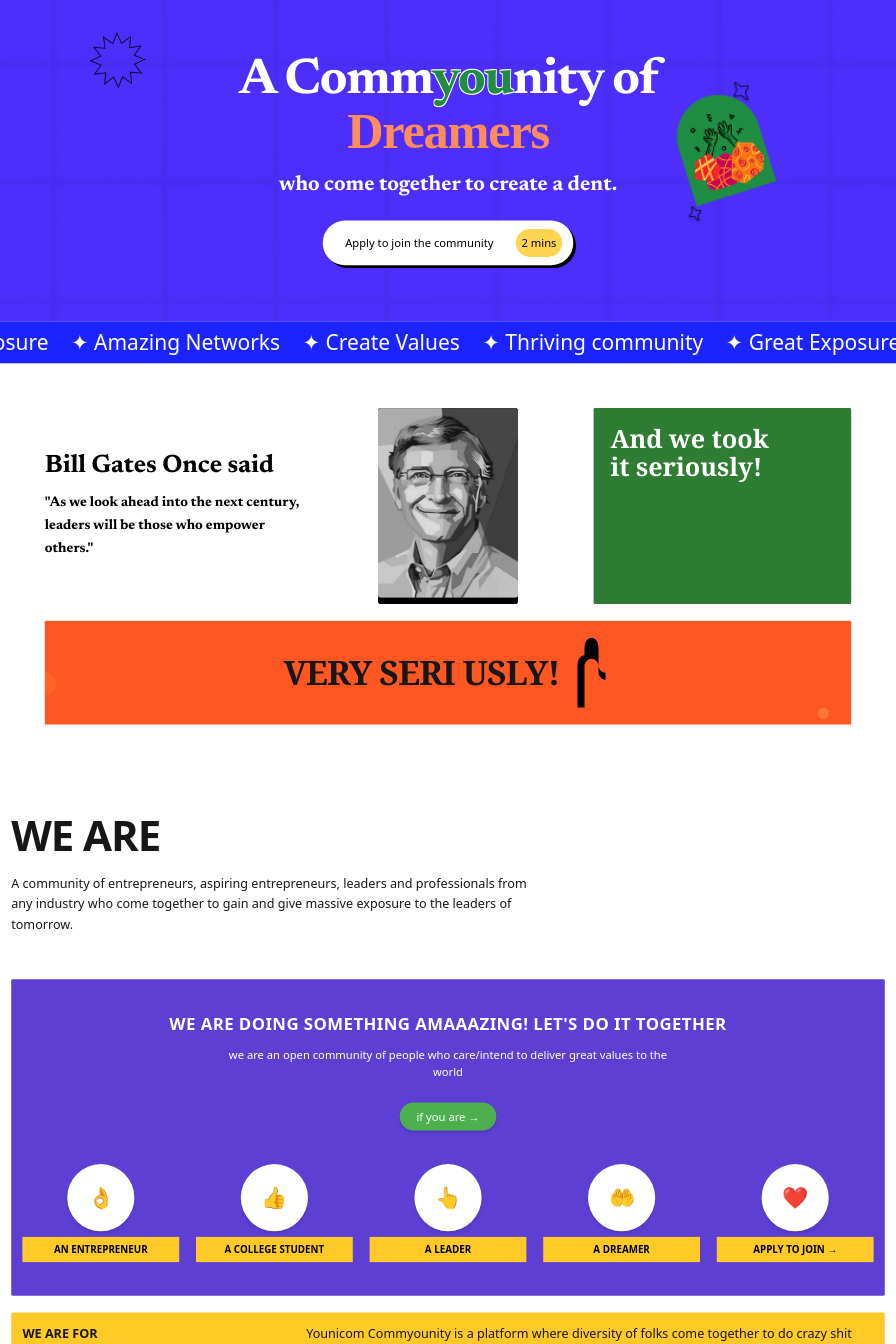
Repository: as-avni/dreamersite
Page: /
The author's editor kept a copy of each file at every save. The page is drawn from the files as they stood at one save, then again after the next save.
The browser window is 1280 px wide. The pictures show the part of the page from y = 0 to 1920 px (the page is 2572 px tall), at 70% of full size.
Some web fonts or font styles are not loaded; a fallback is used. The project was rebuilt for these pictures with package versions that can differ from the ones it lists, and the page was loaded fresh each time. Some packages were replaced by stand-ins written for this rebuild. The framework's server and built-in components were replaced by stand-ins that run in the browser. Also part of the build but not shown: next.config.ts.

Above is the page before, as saved 2025-03-21 04:44:45.

### src/app/page.tsx
import Hero from "@/components/hero"
import MovingBanner from "@/components/banner"
import BillGatesSection from "@/components/bill-gates"
import AmazingSection from "@/components/amazing"
import QuickFormSection from "@/components/form"

export default function Home() {
  return (
    <main className="min-h-screen bg-white font-sans antialiased">
      <Hero />
      <MovingBanner />
      <BillGatesSection />
      <AmazingSection />
      <QuickFormSection />
    </main>
  )
}

### src/app/globals.css
@import url('https://fonts.googleapis.com/css2?family=Anek+Devanagari:wght@100..800&family=Khand:wght@300;400;500;600;700&family=Newsreader:ital,opsz,wght@0,6..72,200..800;1,6..72,200..800&family=Noto+Sans:ital,wght@0,100..900;1,100..900&family=Poppins:ital,wght@0,100;0,200;0,300;0,400;0,500;0,600;0,700;0,800;0,900;1,100;1,200;1,300;1,400;1,500;1,600;1,700;1,800;1,900&family=Rampart+One&display=swap');

@tailwind base;
@tailwind components;
@tailwind utilities;

:root {
  --background: #ffffff;
  --foreground: #171717;
}

@media (prefers-color-scheme: dark) {
  :root {
    --background: #0a0a0a;
    --foreground: #ededed;
  }
}

html,
body {
  max-width: 100vw;
  overflow-x: hidden;
}

body {
  color: var(--foreground);
  background: var(--background);
  font-family: Arial, Helvetica, sans-serif;
  -webkit-font-smoothing: antialiased;
  -moz-osx-font-smoothing: grayscale;
}

* {
  box-sizing: border-box;
  padding: 0;
  margin: 0;
}

a {
  color: inherit;
  text-decoration: none;
}

@media (prefers-color-scheme: dark) {
  html {
    color-scheme: dark;
  }
}

### src/components/hero.tsx
"use client"

import { motion } from "framer-motion"

export default function Hero() {
  return (
    <section className="relative flex flex-col items-center justify-center py-20 px-4 text-white text-center overflow-hidden bg-[url('/images/grid-bg.png')] bg-stretch">

      {/* Rotating Star Image */}
      <motion.img
        src="/images/Star.png"
        alt="Star"
        className="absolute w-20 h-20"
        style={{ top: "10%", left: "10%" }}
        // animate={{ rotate: 360 }}
        // transition={{ repeat: Infinity, duration: 10, ease: "linear" }}
      />

      {/* Static Image in a Div */}
      <div
        className="absolute w-60 h-60 bg-cover bg-center"
        style={{ top: "20%", right: "10%", backgroundImage: "url('/images/image.png')" }}
      ></div>

      <div className="relative max-w-3xl mx-auto w-full">
        <motion.h1
          className="text-5xl md:text-6xl lg:text-7xl font-newsreader font-bold mb-4 tracking-tight"
          initial={{ opacity: 0, y: 20 }}
          animate={{ opacity: 1, y: 0 }}
          transition={{ duration: 0.8 }}
        >
          A Comm<span className="text-[#1F8D42] [text-shadow:-1px_-1px_0_white,1px_-1px_0_white,-1px_1px_0_white,1px_1px_0_white]">you</span>nity of <br />
          <span className="font-rampartone text-[#FF8C5A]">Dreamers</span>
        </motion.h1>

        <motion.p
          className="text-3xl mb-8 font-bold font-newsreader"
          initial={{ opacity: 0, y: 20 }}
          animate={{ opacity: 1, y: 0 }}
          transition={{ duration: 0.8, delay: 0.2 }}
        >
          who come together to create a dent.
        </motion.p>

        <motion.div
          className="inline-flex items-center bg-white rounded-full px-2 py-1 text-black font-medium transition-all hover:bg-gray-50 shadow-[4px_4px_0px_black]"
          initial={{ opacity: 0, y: 20 }}
          animate={{ opacity: 1, y: 0 }}
          transition={{ duration: 0.8, delay: 0.4 }}
          whileHover={{ scale: 1.03 }}
        >
          <button className="bg-white text-black rounded-full px-6 py-4 font-medium transition-all hover:bg-gray-50">
            Apply to join the community
          </button>
          <span className="text-black bg-[#FFD54F] p-2 rounded-full font-medium ml-2 mr-2">2 mins</span>
        </motion.div>
      </div>
    </section>
  )
}

### src/components/banner.tsx
"use client"

import { useRef } from "react"

export default function MovingBanner() {
  const bannerItems = [
    "✦ Thriving community",
    "✦ Great Exposure",
    "✦ Amazing Networks",
    "✦ Create Values",
  ]

  return (
    <div className="bg-[#1B24FF] text-white py-3 overflow-hidden relative">
      <div className="flex whitespace-nowrap mx-auto w-max animate-scrollBanner">
        {/* Duplicate the items to ensure seamless looping */}
        {[...bannerItems,...bannerItems,...bannerItems].map((item, index) => (
          <span key={index} className="mx-4 text-3xl font-medium">
            {item}
          </span>
        ))}
      </div>

      {/* CSS Animation */}
      <style jsx>{`
        @keyframes scrollBanner {
          from {
            transform: translateX(0);
          }
          to {
            transform: translateX(-50%);
          }
        }

        .animate-scrollBanner {
          animation: scrollBanner 20s linear infinite;
        }
      `}</style>
    </div>
  )
}

### src/components/bill-gates.tsx
"use client"

import Image from "next/image"
import { motion } from "framer-motion"

export default function BillGatesSection() {
return (
    <section className=" py-16 px-4 md:px-0 lg:px-0 max-w-6xl mx-auto w-full">
        <div className="grid grid-cols-1 md:grid-cols-3 gap-6 items-center">
            {/* Quote Text Section */}
            <motion.div
                className="col-span-1 flex flex-col justify-center"
                initial={{ opacity: 0, x: -20 }}
                whileInView={{ opacity: 1, x: 0 }}
                transition={{ duration: 0.6 }}
                viewport={{ once: true }}
            >
                <h2 className="px-0 text-4xl font-bold mb-4 text-black font-newsreader">Bill Gates Once said</h2>
                <p className="text-xl leading-relaxed font-bold text-black font-newsreader">
                &quot;As we look ahead into the next century, leaders will be those who empower others.&quot;
                </p>
            </motion.div>

            {/* Bill Gates Image */}
            <motion.div
                className="col-span-1 flex justify-center items-center"
                initial={{ opacity: 0, y: 20 }}
                whileInView={{ opacity: 1, y: 0 }}
                transition={{ duration: 0.6, delay: 0.2 }}
                viewport={{ once: true }}
            >
                <div className="relative w-[200px] h-[280px] bg-black rounded overflow-hidden">
                    <Image
                        src="/images/bill.jpg"
                        width={200}
                        height={200}
                        alt="Bill Gates"
                        className="rounded object-cover"
                    />
                </div>
            </motion.div>

            {/* Green Box Section */}
            <motion.div
                className="h-[280px] col-span-1 bg-[#2E7D32] flex flex-col p-6 text-white rounded-sm"
                initial={{ opacity: 0, x: 20 }}
                whileInView={{ opacity: 1, x: 0 }}
                transition={{ duration: 0.6, delay: 0.4 }}
                viewport={{ once: true }}
            >
                <p className="text-4xl font-serif font-bold">And we took</p>
                <p className="text-4xl font-bold font-serif">it seriously!</p>
            </motion.div>
        </div>

        {/* Orange Section */}
        <motion.div
            className="mt-6 bg-[#FF5722] py-6 px-4 flex items-center justify-center relative overflow-hidden"
            initial={{ opacity: 0, y: 20 }}
            whileInView={{ opacity: 1, y: 0 }}
            transition={{ duration: 0.6, delay: 0.6 }}
            viewport={{ once: true }}
        >
            <h2 className="text-4xl md:text-5xl font-black text-center tracking-tight font-serif">VERY SERI <span>
                </span>USLY!</h2>
            <div className="ml-4">
                <svg width="60" height="100" viewBox="0 0 60 100" fill="none" xmlns="http://www.w3.org/2000/svg">
                    <path
                        d="M30 0C35 0 40 5 40 15V40C40 45 45 50 50 50V60C45 60 40 55 40 50V40C40 35 35 30 30 30C25 30 20 35 20 40V100H10V40C10 30 15 25 20 25V15C20 5 25 0 30 0Z"
                        fill="black"
                    />
                </svg>
            </div>

            {/* Decorative elements */}
            <div className="absolute -left-4 top-1/2 w-8 h-8 bg-orange-400 rounded-full opacity-20"></div>
            <div className="absolute right-8 bottom-2 w-4 h-4 bg-orange-300 rounded-full opacity-30"></div>
        </motion.div>
    </section>
)
}

### src/components/amazing.tsx
"use client"

import { motion } from "framer-motion"

export default function AmazingSection() {
  const containerVariants = {
    hidden: { opacity: 0 },
    visible: {
      opacity: 1,
      transition: {
        staggerChildren: 0.1,
      },
    },
  }

  const itemVariants = {
    hidden: { opacity: 0, y: 20 },
    visible: { opacity: 1, y: 0 },
  }

  return (
    <section className="py-16">
      <div className="container mx-auto px-4">
        <motion.div
          className="mb-16"
          initial={{ opacity: 0, y: 20 }}
          whileInView={{ opacity: 1, y: 0 }}
          transition={{ duration: 0.6 }}
          viewport={{ once: true }}
        >
          <h2 className="text-6xl font-bold mb-6 tracking-tight">WE ARE</h2>
          <p className="text-lg max-w-3xl leading-relaxed">
            A community of entrepreneurs, aspiring entrepreneurs, leaders and professionals from any industry who come
            together to gain and give massive exposure to the leaders of tomorrow.
          </p>
        </motion.div>

        <div className="bg-[#5D3FD3] text-white py-12 px-4 text-center rounded-sm">
          <motion.h2
            className="text-2xl font-bold mb-4 uppercase tracking-wide"
            initial={{ opacity: 0, y: 20 }}
            whileInView={{ opacity: 1, y: 0 }}
            transition={{ duration: 0.6 }}
            viewport={{ once: true }}
          >
            We are doing something amaaazing! Let's do it together
          </motion.h2>

          <motion.p
            className="mb-8 max-w-2xl mx-auto"
            initial={{ opacity: 0, y: 20 }}
            whileInView={{ opacity: 1, y: 0 }}
            transition={{ duration: 0.6, delay: 0.2 }}
            viewport={{ once: true }}
          >
            we are an open community of people who care/intend to deliver great values to the world
          </motion.p>

          <motion.button
            className="bg-[#4CAF50] text-white px-6 py-2 rounded-full mb-12 shadow-md hover:bg-[#3d9c40] transition-all"
            initial={{ opacity: 0, y: 20 }}
            whileInView={{ opacity: 1, y: 0 }}
            transition={{ duration: 0.6, delay: 0.4 }}
            viewport={{ once: true }}
            whileHover={{ scale: 1.05 }}
            whileTap={{ scale: 0.95 }}
          >
            if you are →
          </motion.button>

          <motion.div
            className="grid grid-cols-1 md:grid-cols-5 gap-6"
            variants={containerVariants}
            initial="hidden"
            whileInView="visible"
            viewport={{ once: true }}
          >
            <CategoryCard icon="👌" title="AN ENTREPRENEUR" />
            <CategoryCard icon="👍" title="A COLLEGE STUDENT" />
            <CategoryCard icon="👆" title="A LEADER" />
            <CategoryCard icon="🤲" title="A DREAMER" />

            <motion.div className="flex flex-col items-center" variants={itemVariants}>
              <div className="w-24 h-24 rounded-full bg-white mb-2 flex items-center justify-center shadow-md">
                <span className="text-3xl">❤️</span>
              </div>
              <div className="bg-[#FFCA28] py-2 px-4 text-center w-full text-black font-medium hover:bg-[#FFB300] transition-colors cursor-pointer">
                <p className="font-bold text-sm">APPLY TO JOIN →</p>
              </div>
            </motion.div>
          </motion.div>
        </div>

        <motion.div
          className="mt-6 bg-[#FFCA28] p-4 rounded-sm"
          initial={{ opacity: 0, y: 20 }}
          whileInView={{ opacity: 1, y: 0 }}
          transition={{ duration: 0.6, delay: 0.8 }}
          viewport={{ once: true }}
        >
          <div className="flex flex-col md:flex-row">
            <div className="md:w-1/3 mb-4 md:mb-0">
              <h3 className="font-bold text-lg">WE ARE FOR</h3>
              <p className="italic font-medium">The leaders of tomorrow.</p>
            </div>
            <div className="md:w-2/3">
              <p className="text-lg">
                Younicom Commyounity is a platform where diversity of folks come together to do crazy shit together.
              </p>
            </div>
          </div>
        </motion.div>
      </div>
    </section>
  )
}

function CategoryCard({ icon, title }: { icon: string; title: string }) {
  const itemVariants = {
    hidden: { opacity: 0, y: 20 },
    visible: { opacity: 1, y: 0 },
  }

  return (
    <motion.div className="flex flex-col items-center" variants={itemVariants}>
      <motion.div
        className="w-24 h-24 rounded-full bg-white mb-2 flex items-center justify-center shadow-md"
        whileHover={{ scale: 1.05, boxShadow: "0 10px 25px -5px rgba(0, 0, 0, 0.1)" }}
      >
        <span className="text-3xl">{icon}</span>
      </motion.div>
      <div className="bg-[#FFCA28] py-2 px-4 text-center w-full text-black font-medium">
        <p className="font-bold text-sm">{title}</p>
      </div>
    </motion.div>
  )
}

### src/components/form.tsx
"use client"

import type React from "react"

import { useState } from "react"
import Link from "next/link"
import { motion } from "framer-motion"

export default function QuickFormSection() {
  const [formData, setFormData] = useState({
    firstName: "",
    lastName: "",
    contactNumber: "",
  })

  const [formStep, setFormStep] = useState(0)

  const handleChange = (e: React.ChangeEvent<HTMLInputElement>) => {
    const { name, value } = e.target
    setFormData((prev) => ({ ...prev, [name]: value }))
  }

  const handleSubmit = (e: React.FormEvent) => {
    e.preventDefault()
    setFormStep(1)
    console.log("Form submitted:", formData)
    // Handle form submission logic here
  }

  const containerVariants = {
    hidden: { opacity: 0 },
    visible: {
      opacity: 1,
      transition: {
        staggerChildren: 0.1,
      },
    },
  }

  const itemVariants = {
    hidden: { opacity: 0, y: 10 },
    visible: { opacity: 1, y: 0 },
  }

  return (
    <section className="py-16 px-4 bg-gray-50">
      <div className="container mx-auto max-w-5xl">
        <div className="grid grid-cols-1 md:grid-cols-2 gap-8 shadow-xl rounded-sm overflow-hidden">
          <motion.div
            className="bg-[#FF5722] text-white p-8"
            initial={{ opacity: 0, x: -20 }}
            whileInView={{ opacity: 1, x: 0 }}
            transition={{ duration: 0.6 }}
            viewport={{ once: true }}
          >
            <h2 className="text-2xl font-bold mb-10">Fill a quick form</h2>

            <motion.div
              className="space-y-6"
              variants={containerVariants}
              initial="hidden"
              whileInView="visible"
              viewport={{ once: true }}
            >
              <CheckItem text="Fill a quick form" active={true} />
              <CheckItem text="Mention your work profile" active={formStep >= 1} />
              <CheckItem text="Express yourself" active={formStep >= 1} />
              <CheckItem text="Submit the form" active={formStep >= 1} />
              <CheckItem text="Welcome to the team" active={formStep >= 1} />
            </motion.div>
          </motion.div>

          <motion.div
            className="bg-white p-8"
            initial={{ opacity: 0, x: 20 }}
            whileInView={{ opacity: 1, x: 0 }}
            transition={{ duration: 0.6 }}
            viewport={{ once: true }}
          >
            <h2 className="text-2xl font-bold mb-6 leading-tight">
              The easiest way to work with us is to simply tell us what you do. Yes! that's it.
            </h2>

            {formStep === 0 ? (
              <form onSubmit={handleSubmit} className="mt-8">
                <div className="grid grid-cols-1 md:grid-cols-3 gap-4 mb-4">
                  <div>
                    <label htmlFor="firstName" className="block text-sm font-medium text-gray-700 mb-1">
                      First Name
                    </label>
                    <input
                      type="text"
                      id="firstName"
                      name="firstName"
                      value={formData.firstName}
                      onChange={handleChange}
                      className="w-full p-2 border border-gray-300 rounded focus:ring-2 focus:ring-[#2E7D32] focus:border-transparent outline-none transition-all"
                      required
                    />
                  </div>

                  <div>
                    <label htmlFor="lastName" className="block text-sm font-medium text-gray-700 mb-1">
                      Last Name
                    </label>
                    <input
                      type="text"
                      id="lastName"
                      name="lastName"
                      value={formData.lastName}
                      onChange={handleChange}
                      className="w-full p-2 border border-gray-300 rounded focus:ring-2 focus:ring-[#2E7D32] focus:border-transparent outline-none transition-all"
                      required
                    />
                  </div>

                  <div>
                    <label htmlFor="contactNumber" className="block text-sm font-medium text-gray-700 mb-1">
                      Contact Number
                    </label>
                    <input
                      type="tel"
                      id="contactNumber"
                      name="contactNumber"
                      value={formData.contactNumber}
                      onChange={handleChange}
                      className="w-full p-2 border border-gray-300 rounded focus:ring-2 focus:ring-[#2E7D32] focus:border-transparent outline-none transition-all"
                      required
                    />
                  </div>
                </div>

                <div className="flex justify-end mt-8">
                  <motion.button
                    type="submit"
                    className="bg-[#2E7D32] text-white px-6 py-2 rounded shadow-md"
                    whileHover={{ scale: 1.05, backgroundColor: "#1B5E20" }}
                    whileTap={{ scale: 0.95 }}
                  >
                    NEXT →
                  </motion.button>
                </div>
              </form>
            ) : (
              <motion.div
                className="mt-8 text-center py-8"
                initial={{ opacity: 0 }}
                animate={{ opacity: 1 }}
                transition={{ duration: 0.6 }}
              >
                <h3 className="text-xl font-bold mb-4 text-[#2E7D32]">Thank you for your submission!</h3>
                <p className="mb-6">We'll be in touch with you shortly.</p>
                <button onClick={() => setFormStep(0)} className="text-[#2E7D32] underline">
                  Submit another response
                </button>
              </motion.div>
            )}

            <motion.div
              className="mt-8 bg-[#FFCA28] p-4 text-center rounded-sm"
              initial={{ opacity: 0, y: 20 }}
              whileInView={{ opacity: 1, y: 0 }}
              transition={{ duration: 0.6, delay: 0.4 }}
              viewport={{ once: true }}
              whileHover={{ scale: 1.02 }}
            >
              <Link href="#" className="font-bold text-lg inline-block">
                Let's disrupt it together →
              </Link>
            </motion.div>
          </motion.div>
        </div>
      </div>
    </section>
  )
}

function CheckItem({ text, active = false }: { text: string; active?: boolean }) {
  const itemVariants = {
    hidden: { opacity: 0, x: -10 },
    visible: { opacity: 1, x: 0 },
  }

  return (
    <motion.div className="flex items-center" variants={itemVariants}>
      <div
        className={`w-6 h-6 border border-white flex items-center justify-center mr-3 transition-all ${active ? "bg-white bg-opacity-20" : ""}`}
      >
        <span className="text-white">{active ? "✓" : ""}</span>
      </div>
      <p className={`font-medium transition-all ${active ? "text-white" : "text-white text-opacity-80"}`}>{text}</p>
    </motion.div>
  )
}

### tailwind.config.js
/** @type {import('tailwindcss').Config} */
module.exports = {
  content: [
    "./app/**/*.{js,ts,jsx,tsx,mdx}",
    "./pages/**/*.{js,ts,jsx,tsx,mdx}",
    "./components/**/*.{js,ts,jsx,tsx,mdx}",
    "./src/**/*.{js,ts,jsx,tsx,mdx}",
  ],
  theme: {
    extend: {
      fontFamily: {
        poppins: ['Poppins', 'sans-serif'],
        notosans: ['Noto Sans', 'sans-serif'],
        rampartone: ['Rampart One', 'cursive'],
        newsreader: ['Newsreader', 'serif'],
        pacifico: ['Pacifico', 'cursive'],
      },
    },
  },
  plugins: [],
}

Loaded but not shown: src/app/layout.tsx (common file)

After the next save:
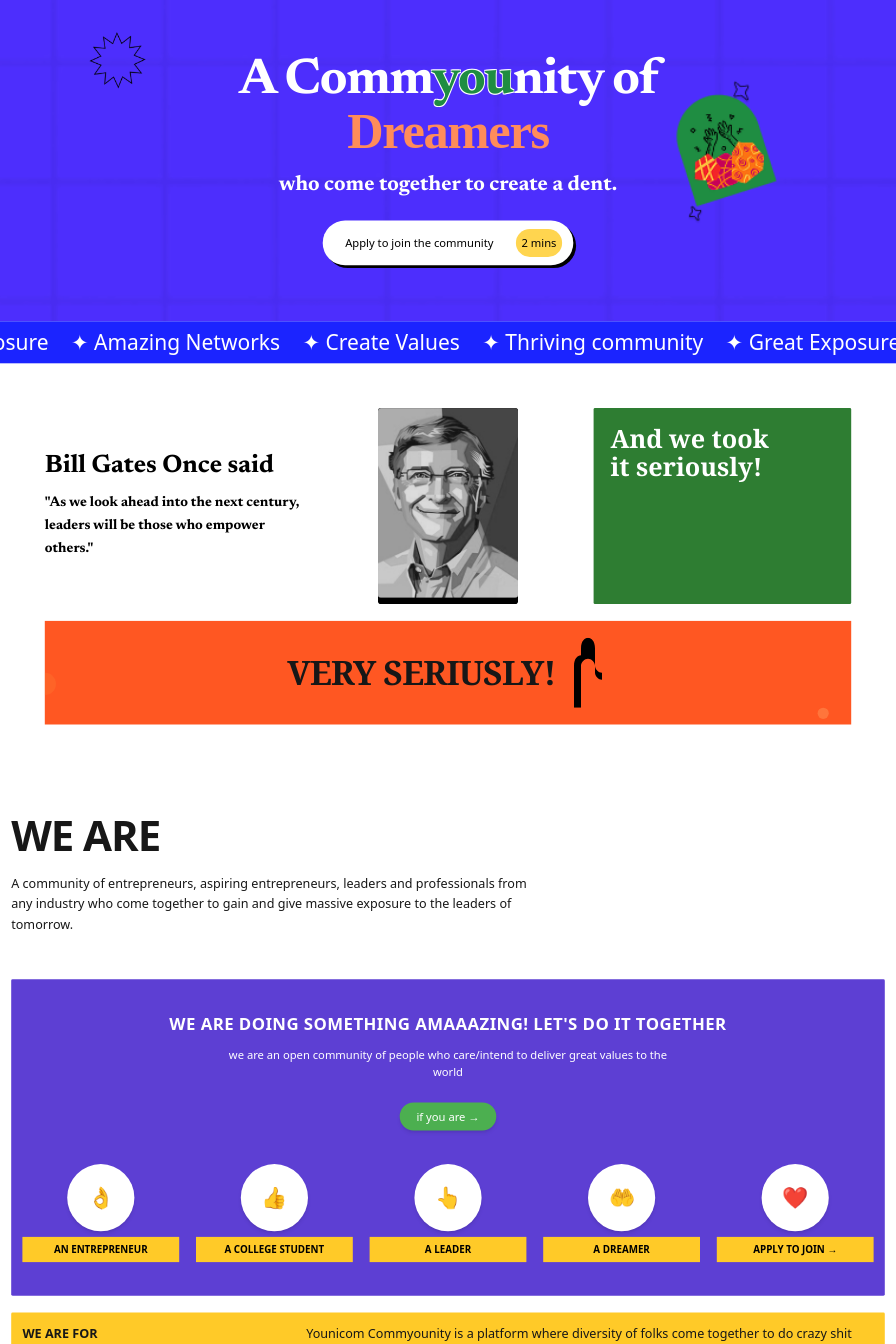
Saved 6 s later.
--- a/src/components/bill-gates.tsx
+++ b/src/components/bill-gates.tsx
@@ -48,7 +48,7 @@
                 transition={{ duration: 0.6, delay: 0.4 }}
                 viewport={{ once: true }}
             >
-                <p className="text-4xl font-serif font-bold">And we took</p>
+                <p className="text-4xl font-serif font-bold ">And we took</p>
                 <p className="text-4xl font-bold font-serif">it seriously!</p>
             </motion.div>
         </div>
@@ -61,7 +61,8 @@
             transition={{ duration: 0.6, delay: 0.6 }}
             viewport={{ once: true }}
         >
-            <h2 className="text-4xl md:text-5xl font-black text-center tracking-tight font-serif">VERY SERI <span>
+            <h2 className="text-4xl md:text-5xl font-black text-center tracking-tight font-serif">VERY SERI
+                <span>
                 </span>USLY!</h2>
             <div className="ml-4">
                 <svg width="60" height="100" viewBox="0 0 60 100" fill="none" xmlns="http://www.w3.org/2000/svg">
